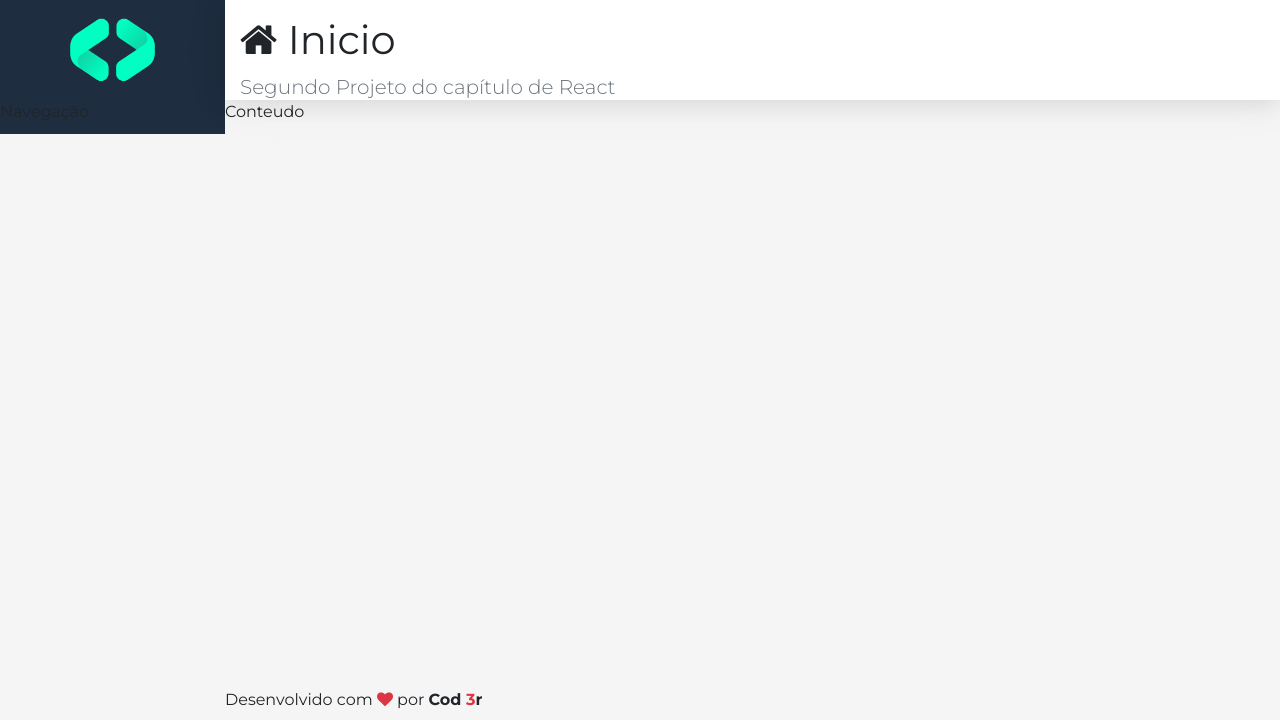
Repository: eversonps/projeto-cadastro-usuarios-firebase
Page: /users (app in frontend/)
These files come from the project's save history. The page is drawn as it stood at one moment and after a run of saves; the edit follows.
The browser window is 1280 px wide. The pictures show the whole page.
The project was rebuilt for these pictures with package versions that can differ from the ones it lists, and the page was loaded fresh each time. Also part of the build but not shown: frontend/src/components/template/nav.css.

Above is the page before, as saved 2022-03-22 13:22:33.

### frontend/public/index.html
<!DOCTYPE html>
<html lang="en">
  <head>
    <meta charset="utf-8" />
    <link rel="icon" href="%PUBLIC_URL%/favicon.ico" />
    <link rel="preconnect" href="https://fonts.googleapis.com">
    <link rel="preconnect" href="https://fonts.gstatic.com" crossorigin>
    <link href="https://fonts.googleapis.com/css2?family=Montserrat:wght@300;400;700&display=swap" rel="stylesheet">
    <meta name="viewport" content="width=device-width, initial-scale=1" />
    <meta name="theme-color" content="#000000" />
    <meta
      name="description"
      content="Web site created using create-react-app"
    />
    <link rel="apple-touch-icon" href="%PUBLIC_URL%/logo192.png" />
    <!--
      manifest.json provides metadata used when your web app is installed on a
      user's mobile device or desktop. See https://developers.google.com/web/fundamentals/web-app-manifest/
    -->
    <link rel="manifest" href="%PUBLIC_URL%/manifest.json" />
    <!--
      Notice the use of %PUBLIC_URL% in the tags above.
      It will be replaced with the URL of the `public` folder during the build.
      Only files inside the `public` folder can be referenced from the HTML.

      Unlike "/favicon.ico" or "favicon.ico", "%PUBLIC_URL%/favicon.ico" will
      work correctly both with client-side routing and a non-root public URL.
      Learn how to configure a non-root public URL by running `npm run build`.
    -->
    <title>React App</title>
  </head>
  <body>
    <noscript>You need to enable JavaScript to run this app.</noscript>
    <div id="root"></div>
    <!--
      This HTML file is a template.
      If you open it directly in the browser, you will see an empty page.

      You can add webfonts, meta tags, or analytics to this file.
      The build step will place the bundled scripts into the <body> tag.

      To begin the development, run `npm start` or `yarn start`.
      To create a production bundle, use `npm run build` or `yarn build`.
    -->
  </body>
</html>

### frontend/src/index.js
import React from 'react';
import ReactDOM from 'react-dom';
import './index.css';
import App from './main/app';
import reportWebVitals from './reportWebVitals';

ReactDOM.render(
  <React.StrictMode>
    <App />
  </React.StrictMode>,
  document.getElementById('root')
);

// If you want to start measuring performance in your app, pass a function
// to log results (for example: reportWebVitals(console.log))
// or send to an analytics endpoint. Learn more: https://bit.ly/CRA-vitals
reportWebVitals();

### frontend/src/main/app.jsx
import "./app.css"
import "bootstrap/dist/css/bootstrap.min.css"
import "font-awesome/css/font-awesome.min.css"

import React from "react"

import Logo from "../components/template/logo"
import Nav from "../components/template/nav"
import Main from "../components/template/main"
import Footer from "../components/template/footer"

export default props => {
    return (
        <div className="app">
        <Logo></Logo>
        <Nav></Nav>
        <Main icon="home" title="Inicio" subtitle="Segundo Projeto do capítulo de React"></Main>
        <Footer></Footer>
    </div>
    )
}

### frontend/src/main/app.css
:root{
    --bg-dark: #1A2F3A;
    --logo-height: 100px;
    --header-height: 100px;
    --aside-width: 225px;
    --footer-height: 40px;

    --shadow: 0 2px 23px 0 rgba(0, 0, 0, 0.1), 0 2px 49px 0 rgba(0, 0, 0, 0.06);
}

* {
    box-sizing: border-box;
    font-family: 'Montserrat', sans-serif;
}

.app{
    margin: 0px;
    display: grid;
    grid-template-columns: var(--aside-width) 1fr;
    grid-template-rows: var(--header-height) 1fr var(--footer-height);
    grid-template-areas:
        "logo header"
        "menu content"
        "menu footer";
    height: 100vh;
    background-color: #F5F5F5;
}

aside.logo{
    grid-area: logo;
}

header.header{
    grid-area: header;
}

aside.menu-area{
    grid-area: menu;
}

main.content{
    grid-area: content;
}

footer.footer{
    grid-area: footer;
}

### frontend/src/components/template/logo.jsx
import React from "react"
import "./logo.css"
import logo from "../../assets/images/logo.png"

export default props => (
    <aside className="logo">
        <a href="/" className="logo">
            <img src={logo} alt="logo" />
        </a>
    </aside>
)

### frontend/src/components/template/nav.jsx
import React from "react"
import "./nav.css"

export default props => {
    return (
        <aside className="menu-area">
            Navegação
        </aside>
    )
}

### frontend/src/components/template/main.jsx
import React from "react"
import Header from "./header"

export default props => (
    <>
        <Header {...props}></Header>
        <main className="content">
            Conteudo
        </main>
    </>
)

### frontend/src/components/template/footer.jsx
import React from "react";
import "./footer.css"

export default props => (
    <footer className="footer">
        <span>
            Desenvolvido com <i className="fa fa-heart text-danger"></i> por <strong>Cod <span className="text-danger">3</span>r</strong>
        </span>
    </footer>
)

### frontend/src/components/template/logo.css
aside.logo{
    background-color: var(--bg-dark);
    display: flex;
    justify-content: center;
    align-items: center;
}

aside.logo img {
    width: 100%;
}

### frontend/src/components/template/header.jsx
import React from "react";
import "./header.css"

export default props => (
    <header className="header d-none d-sm-flex flex-column">
        <h1 className="mt-3">
            <i className={`fa fa-${props.icon}`}></i> {props.title}
        </h1>
        <p className="lead text-muted">{props.subtitle}</p>
    </header>
)

### frontend/src/components/template/footer.css
footer.footer{
    display: flex;
    align-items: center;
}

### frontend/src/components/template/header.css
header.header{
    background-color: #FFF;
    padding: 0px 15px;
    overflow: hidden;
    white-space: nowrap;
    box-shadow: var(--shadow);
}

header.header{
    font-size: 1.8em;
}

Loaded but not shown: frontend/src/index.css (common file); frontend/src/reportWebVitals.js (common file)

After the next 2 saves:
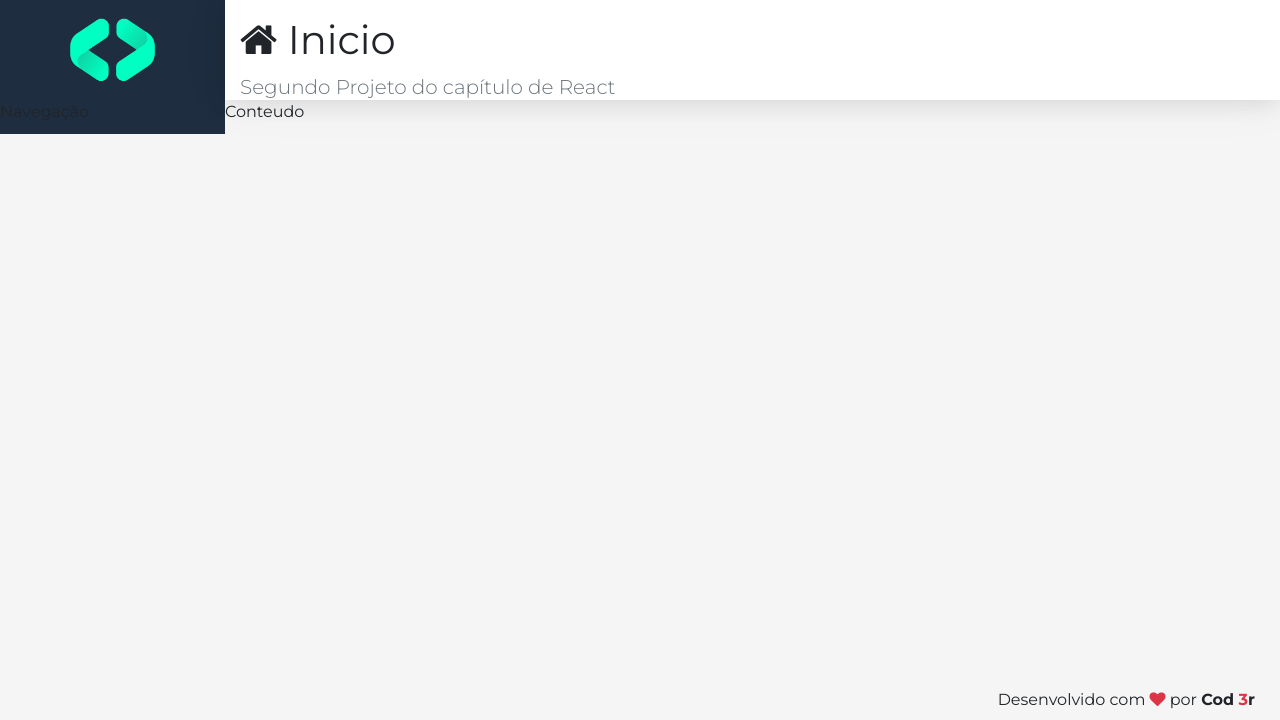
The 2 saves are shown as one change because they came seconds apart.
The last was saved 16 s later.
--- a/frontend/src/components/template/footer.css
+++ b/frontend/src/components/template/footer.css
@@ -1,4 +1,6 @@
 footer.footer{
     display: flex;
     align-items: center;
+    justify-content: flex-end;
+    padding: 0 25px;
 }
